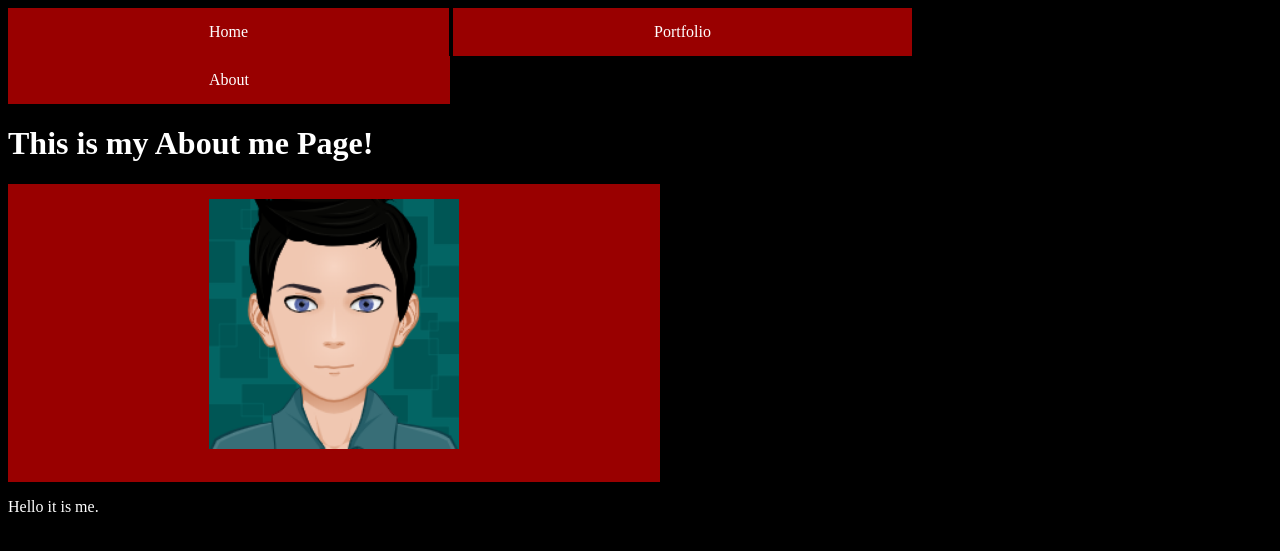
Repository: ralcocer1890/ralcocer1890.github.io
Page: my_website/about.html
The author's editor kept a record of every edit. The page is drawn from the files as they stood at one moment, then again after the next edit.
The browser window is 1280 px wide. The pictures show the whole page.

Above is the page before.

### my_website/about.html
<!doctype html>
	<html lang="en">
	  <head>
	    <meta charset="utf-8">
	    <title>About me</title>
	  </head>
	  <body>
    <a href="index.html">Home</a>
    <a href="portfolio.html">Portfolio</a>
<a href="about.html">About</a>
    <h1>This is my About me Page!</h1>
     <a href=hidden.html>
            <img src="images/myAvatar.png" height="250" width="250"><br>
        </a>
    <p>Hello it is me.</p>
    <style>
    h1 {color:white;}
    p {color:white;
</style>
<body style="background-color:Black;">
{
     <style>
a:link, a:visited {
  background-color: #990000;
  color: white;
  padding: 15px 201px;
  text-align: center;
  text-decoration: none;
  display: inline-block;
}


img {
  display: block;
  margin-left: auto;
  margin-right: auto;
</style>
</head>
<body>


  </body>
	</html>

After the next edit:
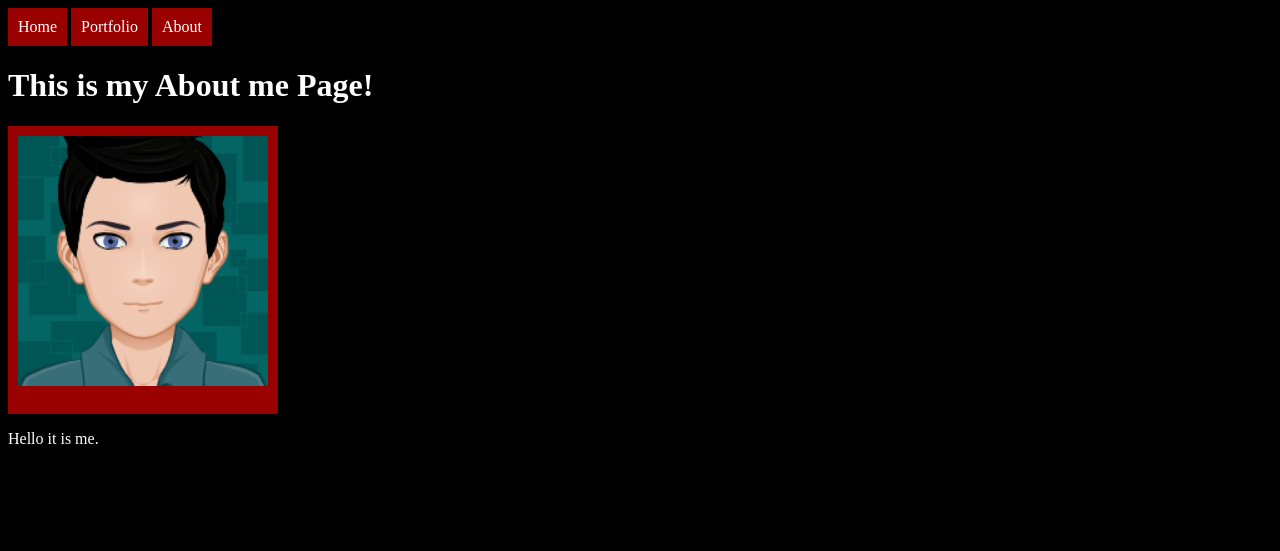
The edit:
--- a/my_website/about.html
+++ b/my_website/about.html
@@ -23,7 +23,7 @@
 a:link, a:visited {
   background-color: #990000;
   color: white;
-  padding: 15px 201px;
+  padding: 10px 10px;
   text-align: center;
   text-decoration: none;
   display: inline-block;
